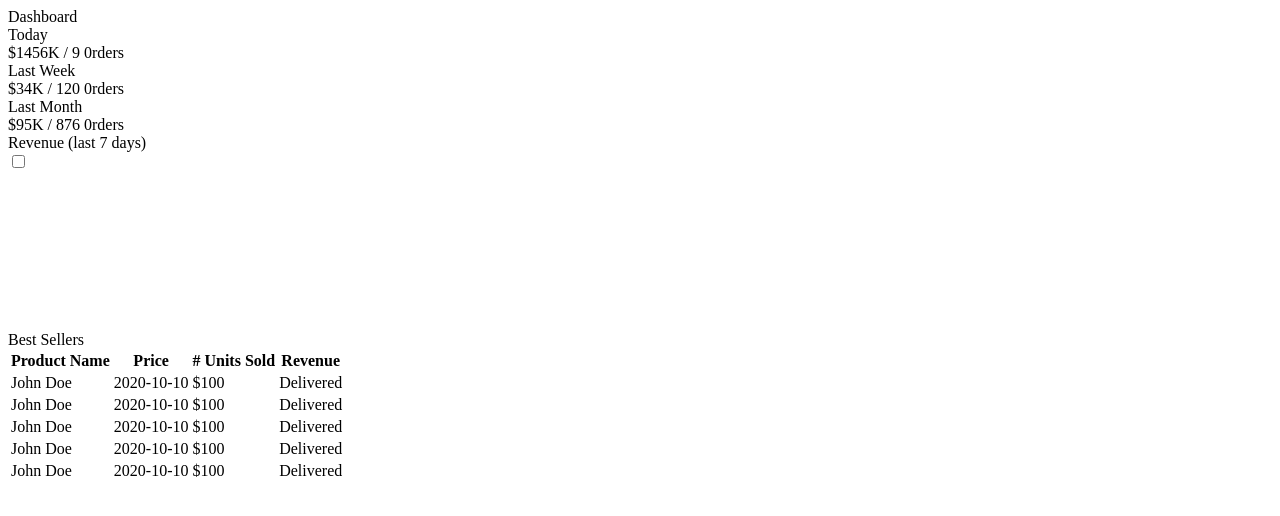
Repository: cjaymoni/FE_Submission02
Page: views/dashboard/dashboard.html
An editor plug-in stored every save of this project. The page is shown before and after the next save, followed by the edit.
The browser window is 1280 px wide. The pictures show the whole page.

Above is the page before, as saved 2022-10-03 10:15:10.

### views/dashboard/dashboard.html
<div class="content">
  <div class="container">
    <div class="order-header-text">
      <span>Dashboard</span>
    </div>
  </div>

  <div class="container">
    <div class="dashboard-card">
      <div class="dashboard-card-header">
        <div class="dashboard-card-header-text">
          <span>Today</span>
        </div>
        <div class="dashboard-card-header-img">
          <i class="fas fa-calendar-day"></i>
        </div>
      </div>
      <div class="dashboard-card-body">
        <div class="dashboard-card-body-text">
          <span>$1456K / 9 0rders</span>
        </div>
      </div>
    </div>
    <div class="dashboard-card">
      <div class="dashboard-card-header">
        <div class="dashboard-card-header-text">
          <span>Last Week</span>
        </div>
        <div class="dashboard-card-header-img">
          <i class="fas fa-calendar-week"></i>
        </div>
      </div>
      <div class="dashboard-card-body">
        <div class="dashboard-card-body-text">
          <span>$34K / 120 0rders</span>
        </div>
      </div>
    </div>
    <div class="dashboard-card">
      <div class="dashboard-card-header">
        <div class="dashboard-card-header-text">
          <span>Last Month</span>
        </div>
        <div class="dashboard-card-header-img">
          <i class="fas fa-calendar-days"></i>
        </div>
      </div>
      <div class="dashboard-card-body">
        <div class="dashboard-card-body-text">
          <span>$95K / 876 0rders</span>
        </div>
      </div>
    </div>
  </div>

  <div class="container">
    <div class="order-header-text">
      <span>Revenue (last 7 days)</span>
      <div style="display: flex">
        <label class="switch">
          <input type="checkbox" id="toggleButton" name="toggleButton" />
          <span class="slider round"></span>
        </label>
      </div>
    </div>

    <div id="weeklyChartContainer" style="display: flex">
      <canvas id="myChart" width="200" height="80"></canvas>
    </div>
    <div id="monthlyChartContainer" style="display: flex">
      <canvas id="monthChart" width="200" height="80"></canvas>
    </div>
  </div>

  <div class="container-col">
    <div>
      <span>Best Sellers</span>
    </div>
    <table>
      <thead>
        <tr>
          <th>Product Name</th>
          <th>Price</th>
          <th># Units Sold</th>
          <th>Revenue</th>
        </tr>
      </thead>
      <tbody>
        <tr>
          <td>John Doe</td>
          <td>2020-10-10</td>
          <td>$100</td>
          <td>Delivered</td>
        </tr>
        <tr>
          <td>John Doe</td>
          <td>2020-10-10</td>
          <td>$100</td>
          <td>Delivered</td>
        </tr>
        <tr>
          <td>John Doe</td>
          <td>2020-10-10</td>
          <td>$100</td>
          <td>Delivered</td>
        </tr>
        <tr>
          <td>John Doe</td>
          <td>2020-10-10</td>
          <td>$100</td>
          <td>Delivered</td>
        </tr>

        <tr>
          <td>John Doe</td>
          <td>2020-10-10</td>
          <td>$100</td>
          <td>Delivered</td>
        </tr>
      </tbody>
    </table>
  </div>
</div>

<script src="js/chart.js" defer></script>

Loaded but not shown: src/js/chart.js (no copy from this time; the picture is the same without it)

After the next save:
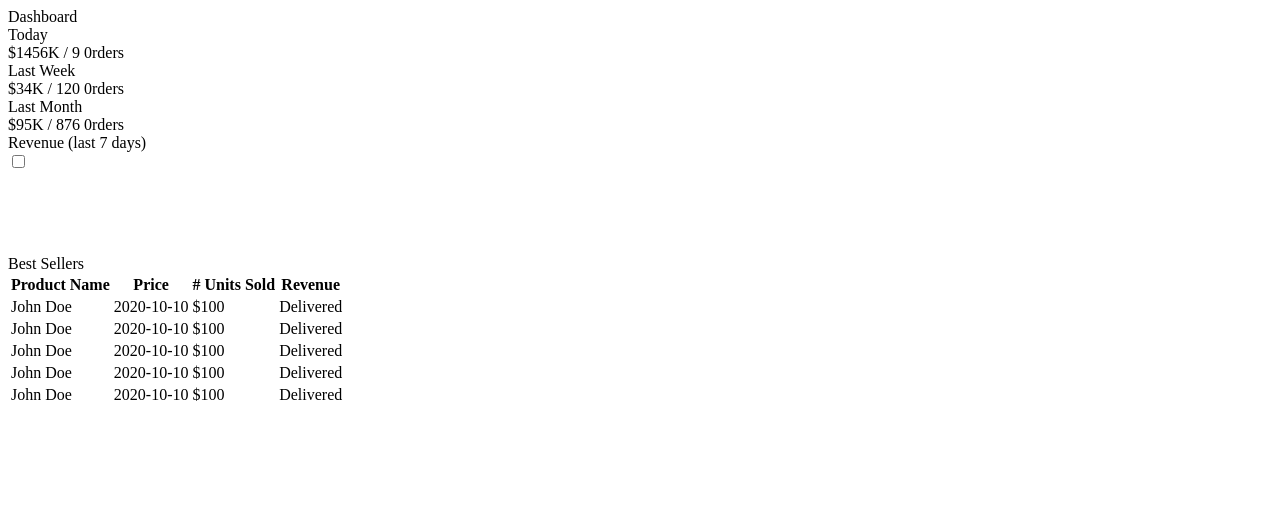
Saved 4 min 29 s later.
--- a/views/dashboard/dashboard.html
+++ b/views/dashboard/dashboard.html
@@ -64,12 +64,12 @@
       </div>
     </div>
 
-    <div id="weeklyChartContainer" style="display: flex">
-      <canvas id="myChart" width="200" height="80"></canvas>
-    </div>
-    <div id="monthlyChartContainer" style="display: flex">
-      <canvas id="monthChart" width="200" height="80"></canvas>
-    </div>
+    <!-- <div id="weeklyChartContainer" style="display: flex"> -->
+    <canvas id="myChart" width="200" height="80"></canvas>
+    <!-- </div> -->
+    <!-- <div id="monthlyChartContainer" style="display: flex"> -->
+    <canvas id="monthChart" width="200" height="80"></canvas>
+    <!-- </div> -->
   </div>
 
   <div class="container-col">
